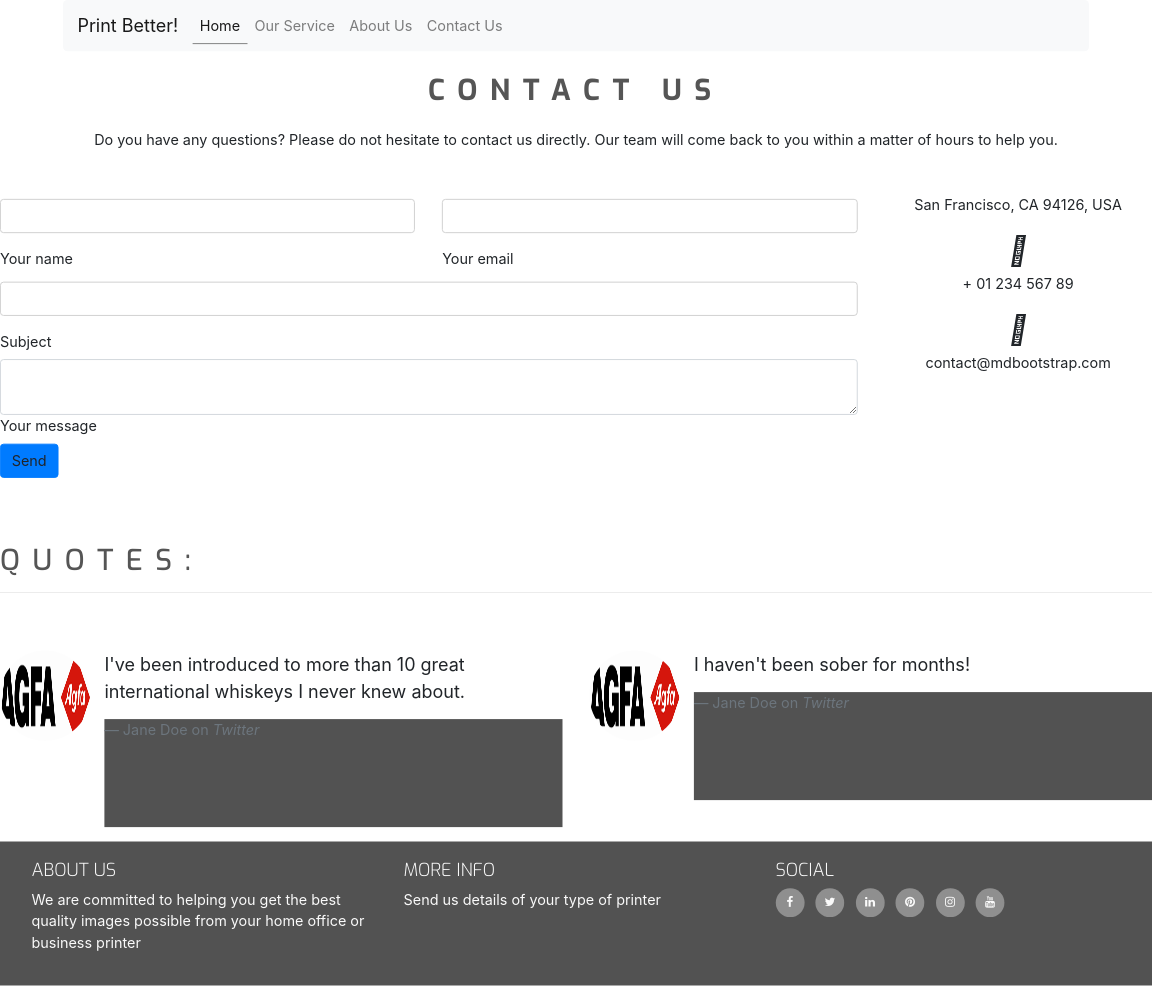
Repository: marks530/first_milestone
Page: Contact_Us.html
The author's editor kept a copy of each file at every save. The page is drawn from the files as they stood at one save, then again after the next save.
The browser window is 1280 px wide. The page is 1295 px wide, so the pictures cover 1295 px, including what lies to the right of the window. The pictures show the whole page, at 90% of full size.
Some web libraries are served in a nearby version.

Above is the page before, as saved 2021-03-19 13:13:14.

After the next save:
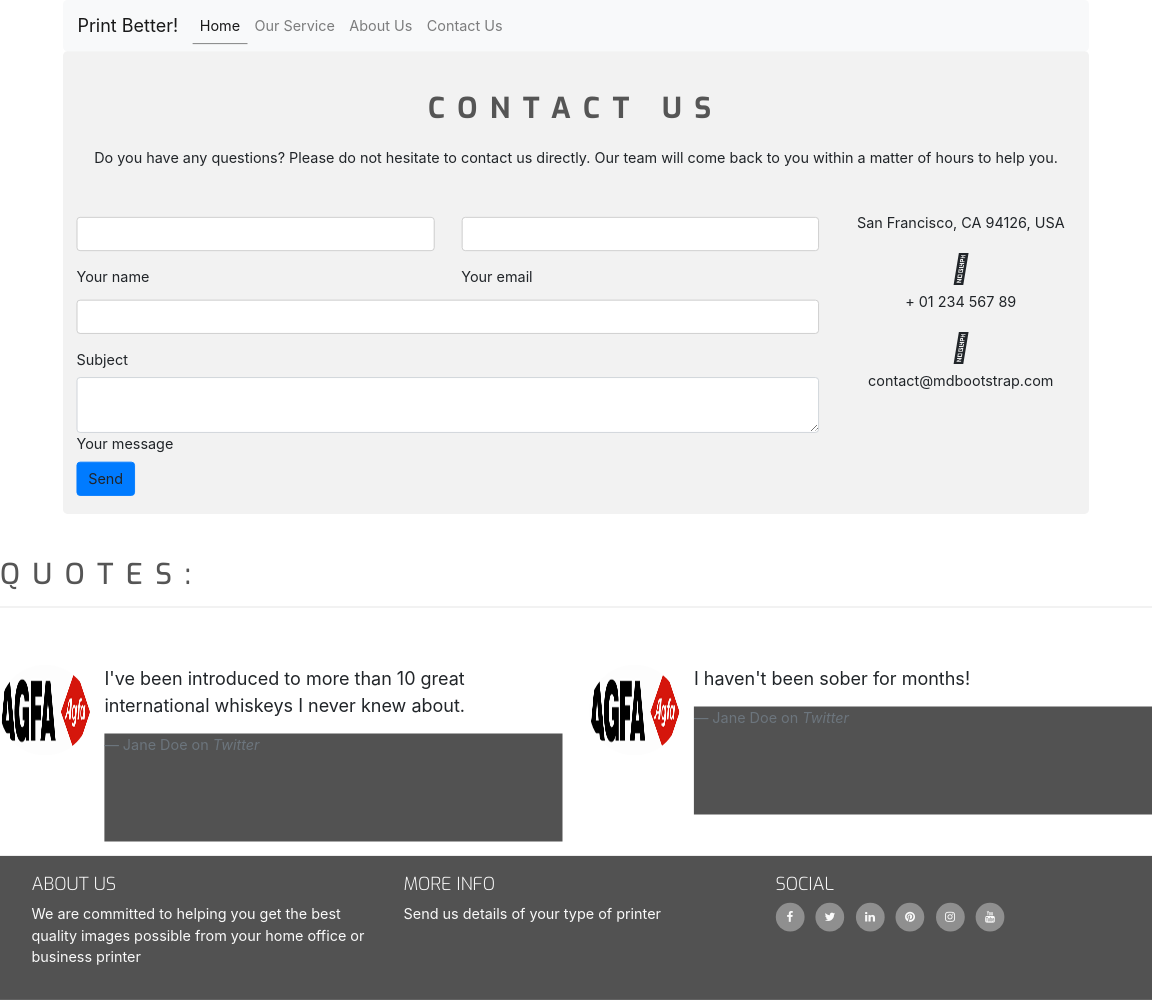
Saved 37 s later.
--- a/Contact_Us.html
+++ b/Contact_Us.html
@@ -41,7 +41,7 @@
         </nav>
     </section>
     <!--Section: Contact v.2-->
-    <section class="mb-4">
+    <section class="container">
 
         <!--Section heading-->
         <h2 class="h1-responsive font-weight-bold text-center my-4">Contact us</h2>
